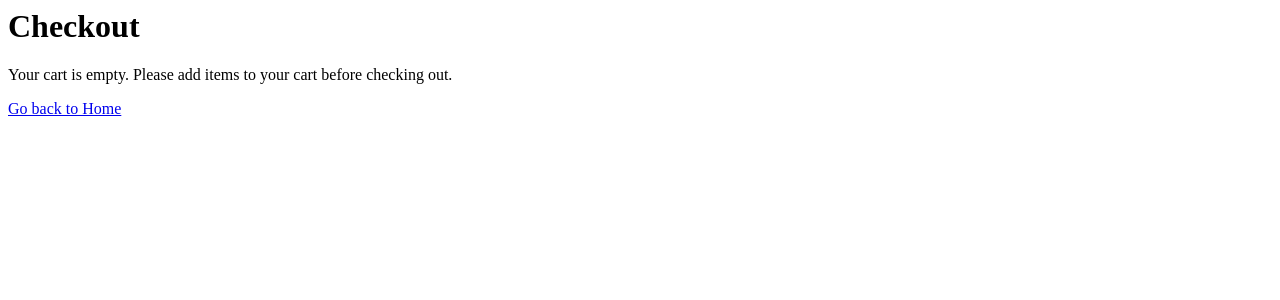
Repository: 2200030277/Handoom_new
Page: http://localhost/HandloomEcommerce/checkout.jsp
These files come from the project's save history. The page is drawn as it stood at one moment and after the next save; the edit follows.
The browser window is 1280 px wide. The pictures show the whole page.
The page is served by Tomcat 9. Other server files are loaded and not shown.

Above is the page before, as saved 2024-12-10 17:57:24.

### HandloomEcommerce/src/main/webapp/checkout.jsp
<%@ page contentType="text/html;charset=UTF-8" language="java" %>
<%@ page import="java.util.*" %>
<%@ page import="java.util.Arrays" %>

<html>
<head>
    <title>Checkout</title>
</head>
<body>
    <h1>Checkout</h1>

    <%
        // Simulate fetching cart items
        List<String> cartItems = (List<String>) session.getAttribute("cart");
        if (cartItems == null) {
            cartItems = new ArrayList<>();
        }

        if (cartItems.isEmpty()) {
    %>
        <p>Your cart is empty. Please add items to your cart before checking out.</p>
        <a href="index.jsp">Go back to Home</a>
    <%
        } else {
            double totalAmount = 0.0;
    %>
        <ul>
            <%
                for (String item : cartItems) {
            %>
                <li><%= item %></li>
            <%
                }
            %>
        </ul>
        <%
            // Assuming a fixed price of $100 for simplicity
            totalAmount = cartItems.size() * 100;
        %>
        <h3>Total Amount: $<%= totalAmount %></h3>

        <form action="completeOrder.jsp" method="post">
            <label for="name">Name:</label><br>
            <input type="text" id="name" name="name" required><br>
            <label for="address">Address:</label><br>
            <input type="text" id="address" name="address" required><br>
            <input type="submit" value="Place Order">
        </form>
    <%
        }
    %>

</body>
</html>

After the next save:
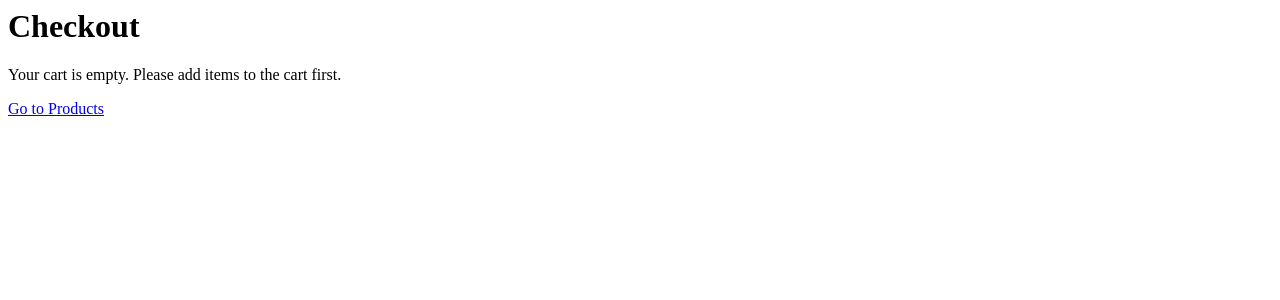
Saved 4 min 22 s later.
--- a/HandloomEcommerce/src/main/webapp/checkout.jsp
+++ b/HandloomEcommerce/src/main/webapp/checkout.jsp
@@ -1,6 +1,7 @@
 <%@ page contentType="text/html;charset=UTF-8" language="java" %>
 <%@ page import="java.util.*" %>
-<%@ page import="java.util.Arrays" %>
+<%@ page import="com.handloom.models.Product" %>
+
 
 <html>
 <head>
@@ -11,28 +12,27 @@
 
     <%
         // Simulate fetching cart items
-        List<String> cartItems = (List<String>) session.getAttribute("cart");
-        if (cartItems == null) {
-            cartItems = new ArrayList<>();
-        }
-
-        if (cartItems.isEmpty()) {
-    %>
-        <p>Your cart is empty. Please add items to your cart before checking out.</p>
-        <a href="index.jsp">Go back to Home</a>
-    <%
-        } else {
+        List<Product> cartItems = (List<Product>) session.getAttribute("cart");
+    double totalPrice =0.0;
+    if (cartItems == null || cartItems.isEmpty()) {
+        %>
+            <p>Your cart is empty. Please add items to the cart first.</p>
+            <a href="index.jsp">Go to Products</a>
+        <%
+            }
+    else {
             double totalAmount = 0.0;
     %>
         <ul>
             <%
-                for (String item : cartItems) {
-            %>
-                <li><%= item %></li>
-            <%
-                }
-            %>
-        </ul>
+            for (Product item : cartItems) {
+                totalPrice += item.getPrice();  // Add item price to the total price
+        %>
+        <li><%= item.getName() %> - $<%= item.getPrice() %></li>
+        <%
+            }
+        %>
+    </ul>
         <%
             // Assuming a fixed price of $100 for simplicity
             totalAmount = cartItems.size() * 100;
